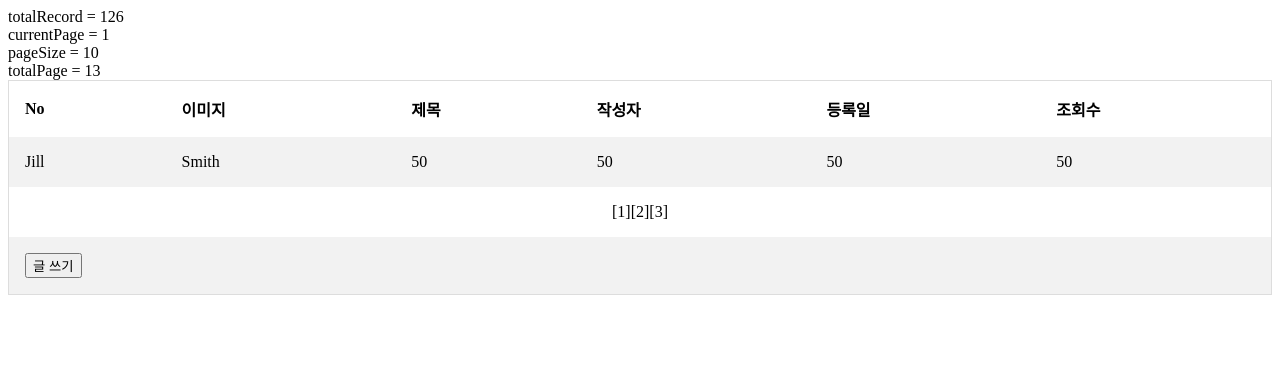
Repository: SyngyeonTak/javaee_workspace
Page: http://localhost/MySite/board/list.jsp
These files come from the project's save history. The page is drawn as it stood at one moment and after the next save; the edit follows.
The browser window is 1280 px wide. The pictures show the whole page.
The page is served by Tomcat 9. Other server files are loaded and not shown.

Above is the page before, as saved 2020-12-11 07:54:41.

### MySite/WebContent/board/list.jsp
<%@page import="board.model.BoardDAO"%>
<%@ page contentType="text/html;charset=utf-8"%>

<%
	BoardDAO dao = new BoardDAO();
	int totalRecord = 126;
	int currentPage = 1;
	if(request.getParameter("currentPage") != null){
		currentPage = Integer.parseInt(request.getParameter("currentPage"));
	}
	int pageSize = 10;
	int totalPage = (int)Math.ceil((float)totalRecord/pageSize);

	int blockSize = 10;
	int firstPage = currentPage - (currentPage-1)%blockSize;
	int lastPage = firstPage + (blockSize-1);

	out.print("totalRecord = "+totalRecord+"<br>");
	out.print("currentPage = "+currentPage+"<br>");
	out.print("pageSize = "+pageSize+"<br>");
	out.print("totalPage = "+totalPage+"<br>");

%>


<!DOCTYPE html>
<html>
<head>
<meta name="viewport" content="width=device-width, initial-scale=1">
<style>
table {
	border-collapse: collapse;
	border-spacing: 0;
	width: 100%;
	border: 1px solid #ddd;
}

th, td {
	text-align: left;
	padding: 16px;
}

tr:nth-child(even) {
	background-color: #f2f2f2;
}
</style>
</head>
<body>

	<table>
		<tr>
			<th>No</th>
			<th>이미지</th>
			<th>제목</th>
			<th>작성자</th>
			<th>등록일</th>
			<th>조회수</th>
		</tr>

		<tr>
			<td>Jill</td>
			<td>Smith</td>
			<td>50</td>
			<td>50</td>
			<td>50</td>
			<td>50</td>
		</tr>

		<tr>
			<td colspan="6" style = "text-align:center;">
				[1][2][3]
			</td>
		</tr>
		<tr>
			<td colspan="6">
				<button onclick = "location.href = 'regist_form.jsp'">글 쓰기</button>
			</td>
		</tr>
	</table>

</body>
</html>

### MySite/src/board/model/BoardDAO.java
package board.model;

import java.sql.Connection;
import java.sql.PreparedStatement;
import java.sql.ResultSet;
import java.sql.SQLException;
import java.util.ArrayList;
import java.util.List;

import com.sun.javafx.logging.PulseLogger;

import common.db.PoolManager;

public class BoardDAO {
	PoolManager pool = PoolManager.getInstance();//싱글턴 객체 호출

	public int insert(Board board) {
		Connection con = null;
		PreparedStatement pstmt = null;
		int result = 0;

		String sql = "insert into board(board_id, title, writer, content, filename) values(seq_board.nextVal, ?, ?, ?, ?)";
		con = pool.getConnection();

		try {
			pstmt = con.prepareStatement(sql);
			pstmt.setString(1, board.getTitle());
			pstmt.setString(2, board.getWriter());
			pstmt.setString(3, board.getContent());
			pstmt.setString(4, board.getFilename());

			result = pstmt.executeUpdate();

		} catch (SQLException e) {
			e.printStackTrace();
		}finally {
			pool.release(con, pstmt);
		}

		return result;
	}

	//모든 글 가져오기
	public List selectAll() {
		Connection con = pool.getConnection();
		PreparedStatement pstmt = null;
		ResultSet rs= null;

		ArrayList<Board> list = new ArrayList<Board>();

		String sql = "select * from board order by board_id desc";
		try {
			pstmt = con.prepareStatement(sql);
			rs = pstmt.executeQuery();

			while(rs.next()) {
				Board board = new Board();
				board.setBoard_id(rs.getInt("board_id"));
				board.setTitle(rs.getString("title"));
				board.setWriter(rs.getString("writer"));
				board.setContent(rs.getString("content"));
				board.setFilename(rs.getString("filename"));
				board.setRegdate(rs.getString("regdate"));
				board.setHit(rs.getInt("hit"));

				list.add(board);
			}

		} catch (SQLException e) {
			e.printStackTrace();
		}finally {
			pool.release(con, pstmt, rs);
		}
		return list;
	}
}

### MySite/src/common/db/PoolManager.java
/*커넥션 풀 사용을 보다 편하게 처리해야 DAO 들에서 고생안한다.*/

package common.db;

import java.sql.Connection;
import java.sql.PreparedStatement;
import java.sql.ResultSet;
import java.sql.SQLException;

import javax.naming.InitialContext;
import javax.naming.NamingException;
import javax.sql.DataSource;

public class PoolManager {
	InitialContext context;//JNDI검색을 담당하는 객체
	DataSource ds;//커넥션 풀
	private static PoolManager instance;
	//이 시점부터는 아무도 new 할 수 없다.
	private PoolManager() {
		try {
			context = new InitialContext();
			ds = (DataSource)context.lookup("java:comp/env/jdbc/myoracle");//찾기 성공 and 풀반환
		} catch (NamingException e) {
			e.printStackTrace();
		}
	}

	public static PoolManager getInstance() {
		if(instance == null) {
			instance = new PoolManager();
		}
		return instance;
	}


	//하지만 클래스는 쓰라고 만든 것이기에 인스턴스를 가져갈 기회를 현재 클래스에서 부담해주자!!

	//커넥션이 필요한 자에게 Connection을 반환해주는 (대여) 메서드
	public Connection getConnection() {
		Connection con = null;
		try {
			con = ds.getConnection();//대여!
		} catch (SQLException e) {
			e.printStackTrace();
		}
		return con;
	}

	//반납
	public void release(Connection con, PreparedStatement pstmt) {
		try {
			if(con != null) con.close();//끊어지는 것이 아니라 반납이됨
			if(pstmt != null) pstmt.close();
		} catch (SQLException e) {
			e.printStackTrace();
		}
	}

	public void release(Connection con, PreparedStatement pstmt, ResultSet rs) {
		try {
			if(con != null) con.close();//끊어지는 것이 아니라 반납이됨
			if(pstmt != null) pstmt.close();
			if(rs != null) rs.close();
		} catch (SQLException e) {
			e.printStackTrace();
		}
	}

}

After the next save:
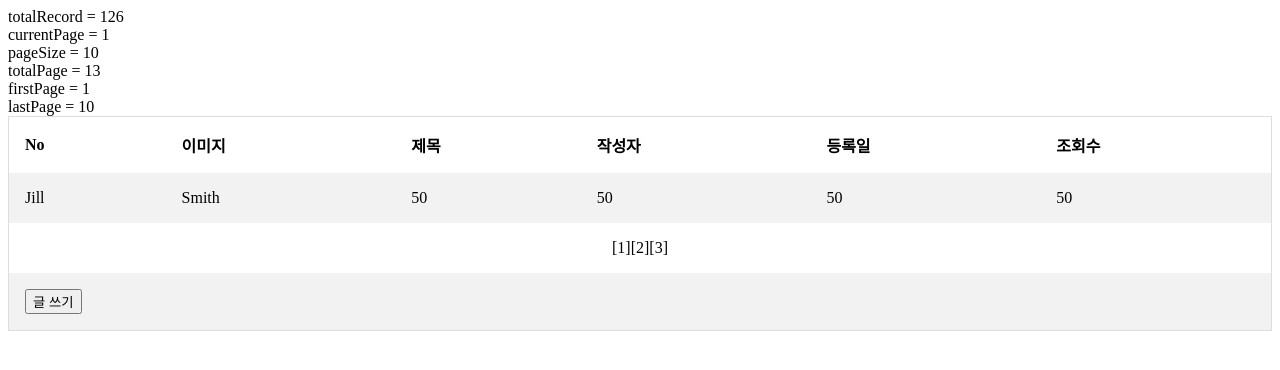
Saved 22 s later.
--- a/MySite/WebContent/board/list.jsp
+++ b/MySite/WebContent/board/list.jsp
@@ -19,6 +19,8 @@
 	out.print("currentPage = "+currentPage+"<br>");
 	out.print("pageSize = "+pageSize+"<br>");
 	out.print("totalPage = "+totalPage+"<br>");
+	out.print("firstPage = "+firstPage+"<br>");
+	out.print("lastPage = "+lastPage+"<br>");
 
 %>
 
